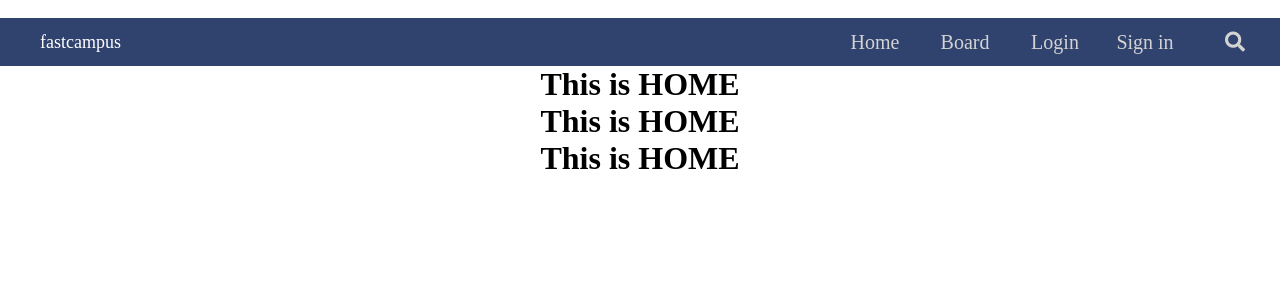
Repository: ReneeKang/Spring_jungsuk
Page: http://localhost/ch2/
An editor plug-in stored every save of this project. The page is shown before and after the next save, followed by the edit.
The browser window is 1280 px wide. The pictures show the whole page.
Some web libraries are served in a nearby version. The page is served by Tomcat 9.

Above is the page before, as saved 2022-04-17 14:25:02.

After the next save:
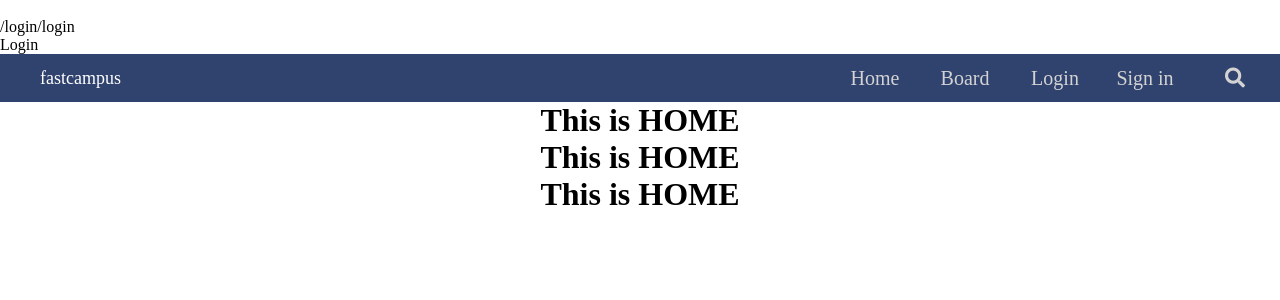
Saved 42 s later.
--- a/ch2/src/main/webapp/WEB-INF/views/index.jsp
+++ b/ch2/src/main/webapp/WEB-INF/views/index.jsp
@@ -34,6 +34,8 @@ EL쪽 문제가 아닌가 싶어요
 </head>
 <body>
 ${loginId}<br>
+${loginOutLink}<br>
+${loginOut}<br>
 <%-- <%
 HttpSession session = request.getSession();
 //String str = (String)request.getSession().getAttribute("id");
